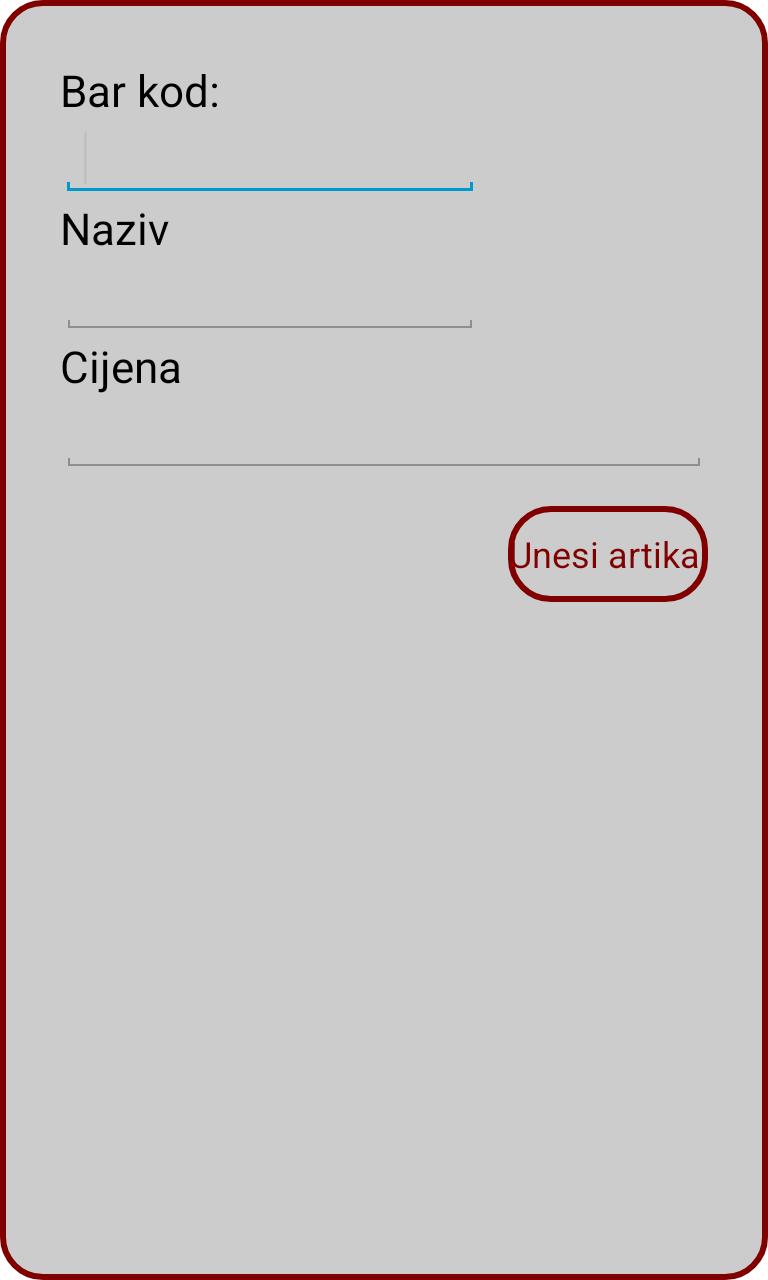
Repository: dzenisahusic/AndroidApp
Layout: Edit2014Sales/res/layout/fragment_unosartikla.xml
An editor plug-in stored every save of this project. The layout is shown before and after the next save, followed by the edit.
It is drawn on a 768 x 1280 px phone screen (xhdpi) without system bars, with theme AppTheme; the app's code is not run.

Above is the layout before, as saved 2014-07-15 17:32:03.

### Edit2014Sales/res/layout/fragment_unosartikla.xml
<RelativeLayout xmlns:android="http://schemas.android.com/apk/res/android"
    xmlns:tools="http://schemas.android.com/tools"
    android:layout_width="match_parent"
    android:layout_height="match_parent"
    tools:context="${relativePackage}.${activityClass}"
    android:background="@drawable/rounded_corner_top"
    >

    <LinearLayout
        android:id="@+id/linearLayout2"
        android:layout_width="fill_parent"
        android:layout_height="wrap_content"
        android:layout_alignParentLeft="true"
        android:layout_alignParentTop="true"
        android:orientation="vertical"
        android:layout_marginTop="30dip"
        android:layout_marginRight="30dip"
        android:layout_marginLeft="30dip"
        >

        <TextView
            android:id="@+id/textView1"
            android:layout_width="wrap_content"
            android:layout_height="wrap_content"
            android:text="Bar kod:"
            android:textAppearance="?android:attr/textAppearanceLarge" />

        <EditText
            android:id="@+id/tBarkod"
            android:layout_width="wrap_content"
            android:layout_height="wrap_content"
            android:layout_weight="1"
            android:ems="10" >

            <requestFocus />
        </EditText>
    </LinearLayout>

    <LinearLayout
        android:id="@+id/linearLayout1"
        android:layout_width="fill_parent"
        android:layout_height="wrap_content"
        android:layout_alignParentLeft="true"
        android:layout_below="@+id/linearLayout2"
        android:layout_marginLeft="30dip"
        android:layout_marginRight="30dip"
        android:orientation="vertical" >

        <TextView
            android:id="@+id/textView3"
            android:layout_width="wrap_content"
            android:layout_height="wrap_content"
            android:text="Naziv"
            android:textAppearance="?android:attr/textAppearanceLarge" />

        <EditText
            android:id="@+id/tCijena"
            android:layout_width="wrap_content"
            android:layout_height="wrap_content"
            android:layout_weight="1"
            android:ems="10" />
    </LinearLayout>

    <LinearLayout
        android:id="@+id/linearLayout3"
        android:layout_width="fill_parent"
        android:layout_height="wrap_content"
        android:layout_alignParentLeft="true"
        android:layout_below="@+id/linearLayout1"
        android:orientation="vertical"
        android:layout_marginRight="30dip"
        android:layout_marginLeft="30dip" >

        <TextView
            android:id="@+id/textView2"
            android:layout_width="wrap_content"
            android:layout_height="wrap_content"
            android:text="Cijena"
            android:textAppearance="?android:attr/textAppearanceLarge" />

        <EditText
            android:id="@+id/tNaziv"
            android:layout_width="fill_parent"
            android:layout_height="wrap_content"
            android:layout_weight="1"
            android:ems="10" />
    </LinearLayout>

    <Button
        android:id="@+id/bDodaj"
        android:layout_width="wrap_content"
        android:layout_height="wrap_content"
        android:layout_alignRight="@+id/linearLayout3"
        android:layout_below="@+id/linearLayout3"
        android:layout_marginTop="16dp"
        android:background="@drawable/rounded_corner_top"
        android:text="Unesi artikal"
        android:textColor="#800000" />

</RelativeLayout>

### Edit2014Sales/res/values/styles.xml
<resources>

    <!--
        Base application theme, dependent on API level. This theme is replaced
        by AppBaseTheme from res/values-vXX/styles.xml on newer devices.
    -->
    <style name="AppBaseTheme" parent="android:Theme.Light">
        <!--
            Theme customizations available in newer API levels can go in
            res/values-vXX/styles.xml, while customizations related to
            backward-compatibility can go here.
        -->
    </style>

    <!-- Application theme. -->
    <style name="AppTheme" parent="AppBaseTheme">
        <!-- All customizations that are NOT specific to a particular API-level can go here. -->
    </style>
 <style name="Animations" />

    <style name="Animations.PopDownMenu" />

    <style name="Animations.PopDownMenu.Left">
        <item name="@android:windowEnterAnimation">@anim/grow_from_topleft_to_bottomright</item>
        <item name="@android:windowExitAnimation">@anim/shrink_from_bottomright_to_topleft</item>
    </style>


    <style name="Animations.PopUpMenu" />

    <style name="Animations.PopUpMenu.Left">
        <item name="@android:windowEnterAnimation">@anim/grow_from_bottomleft_to_topright</item>
        <item name="@android:windowExitAnimation">@anim/shrink_from_topright_to_bottomleft</item>
    </style>
</resources>

### Edit2014Sales/res/drawable-hdpi/rounded_corner_top.xml
<?xml version="1.0" encoding="UTF-8"?>

  <shape xmlns:android="http://schemas.android.com/apk/res/android" android:shape="rectangle">
  <corners android:radius="20dp"/>
  <solid android:color="#CCCCCC"/>
  <stroke
        android:width="3dp"
        android:color="#800000" >
    </stroke>
</shape>

Loaded but not shown: Edit2014Sales/res/values-v11/styles.xml (common file); Edit2014Sales/res/values-v14/styles.xml (common file)

After the next save:
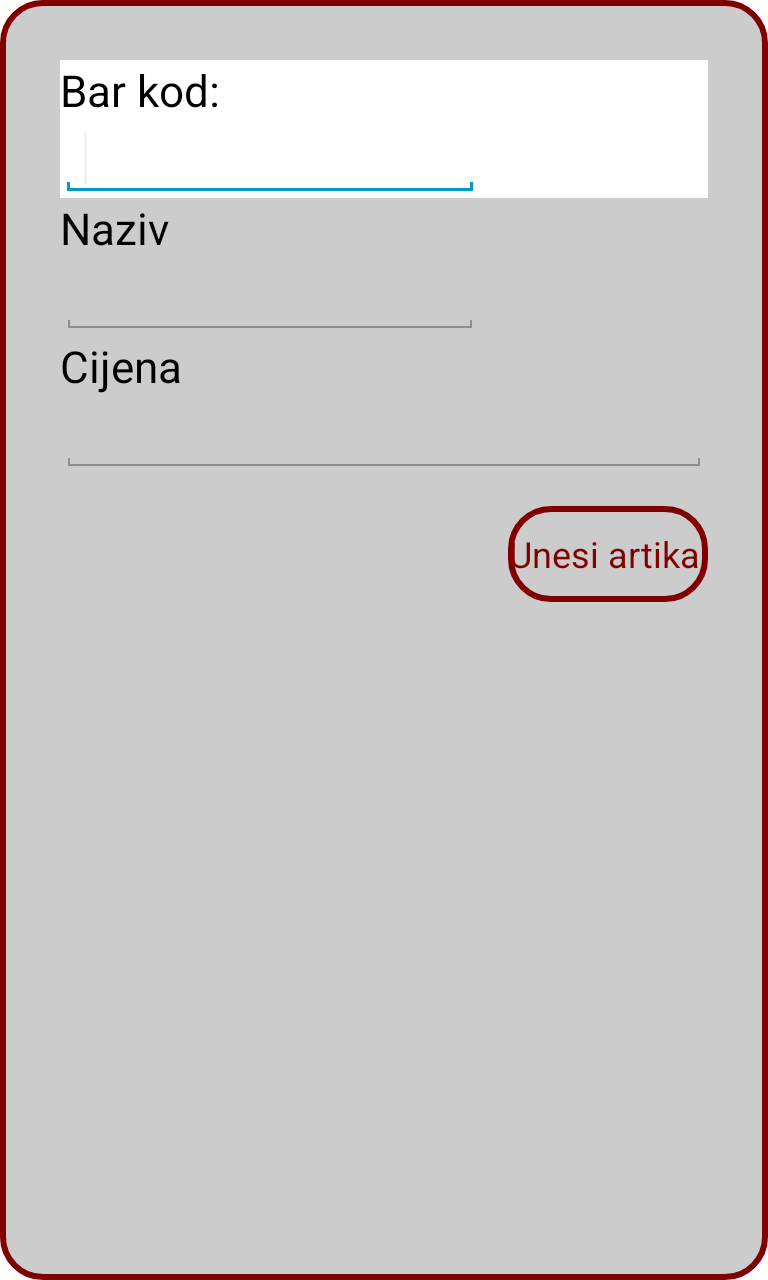
Saved 2 min 42 s later.
--- a/Edit2014Sales/res/layout/fragment_unosartikla.xml
+++ b/Edit2014Sales/res/layout/fragment_unosartikla.xml
@@ -16,6 +16,7 @@
         android:layout_marginTop="30dip"
         android:layout_marginRight="30dip"
         android:layout_marginLeft="30dip"
+        android:background="#FFFFFF"
         >
 
         <TextView

After the save that followed:
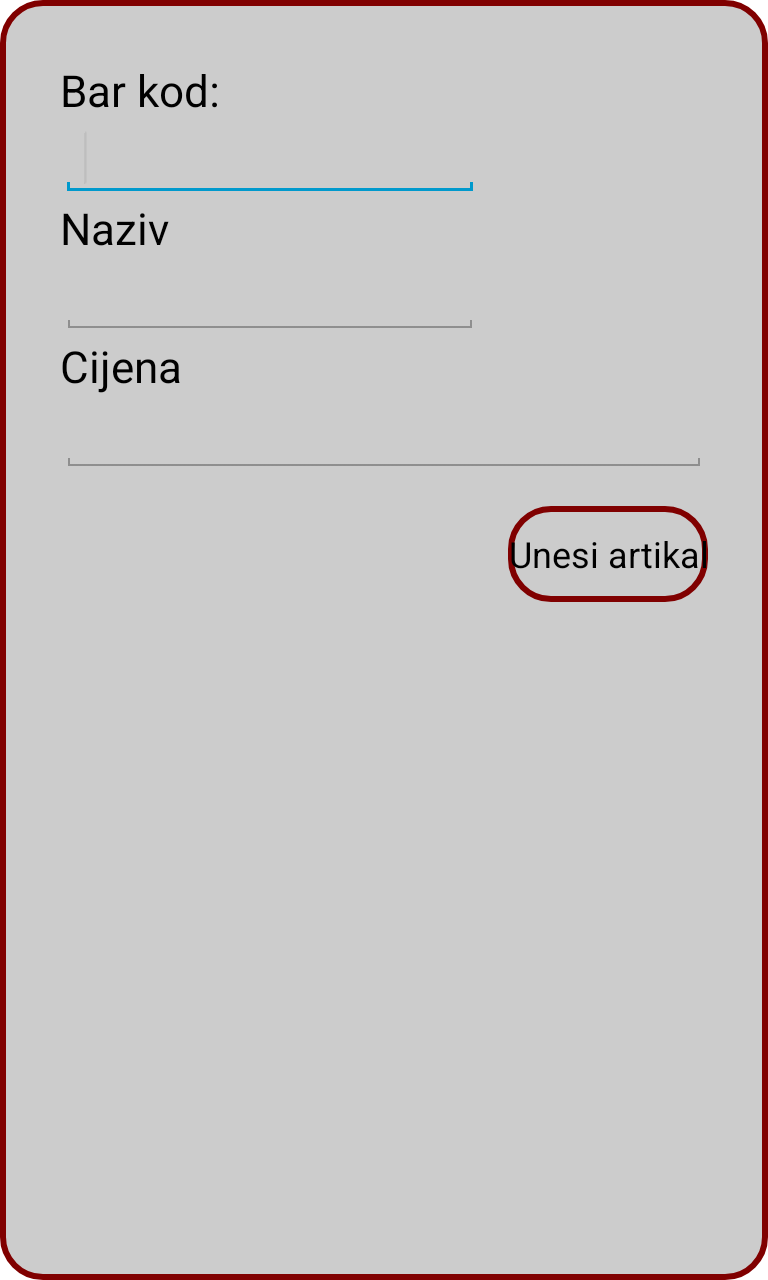
Saved 2 min 40 s later.
--- a/Edit2014Sales/res/layout/fragment_unosartikla.xml
+++ b/Edit2014Sales/res/layout/fragment_unosartikla.xml
@@ -16,7 +16,7 @@
         android:layout_marginTop="30dip"
         android:layout_marginRight="30dip"
         android:layout_marginLeft="30dip"
-        android:background="#FFFFFF"
+
         >
 
         <TextView
@@ -96,6 +96,6 @@
         android:layout_marginTop="16dp"
         android:background="@drawable/rounded_corner_top"
         android:text="Unesi artikal"
-        android:textColor="#800000" />
+        android:background="@drawable/rounded_corner_top" />
 
 </RelativeLayout>
